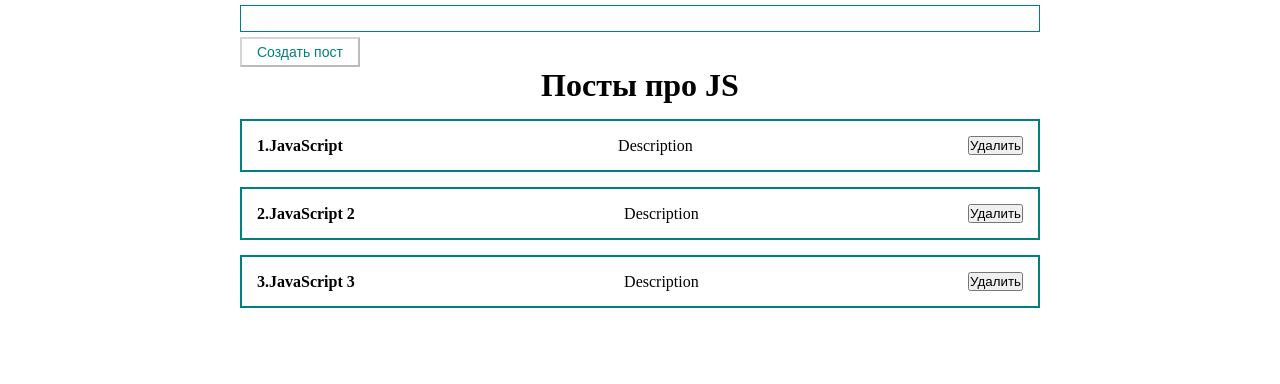
Repository: otvertka/ulb2_react
Page: / (app in jk_project/)
An editor plug-in stored every save of this project. The page is shown before and after the next save, followed by the edit.
The browser window is 1280 px wide. The pictures show the whole page.
The project was rebuilt for these pictures with package versions that can differ from the ones it lists, and the page was loaded fresh each time. Also part of the build but not shown: jk_project/src/component/Counter.jsx, jk_project/src/component/ClassCounter.jsx.

Above is the page before, as saved 2023-09-08 12:40:54.

After the next save:
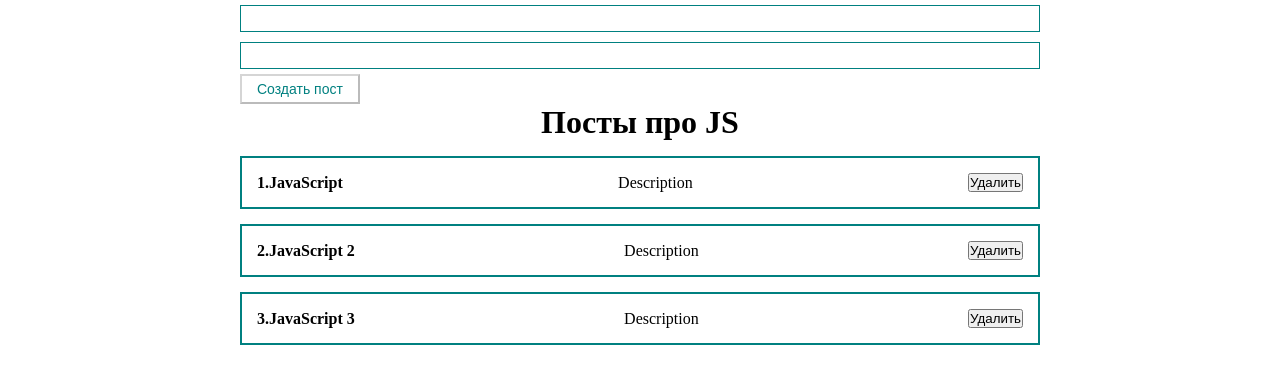
Saved 10 s later.
--- a/jk_project/src/App.js
+++ b/jk_project/src/App.js
@@ -18,6 +18,7 @@ function App() {
     <div className="App">
       <form>
         <MyInput />
+        <MyInput />
         <MyButton disabled>Создать пост</MyButton>
       </form>
       <PostList posts={posts} title="Посты про JS" />
